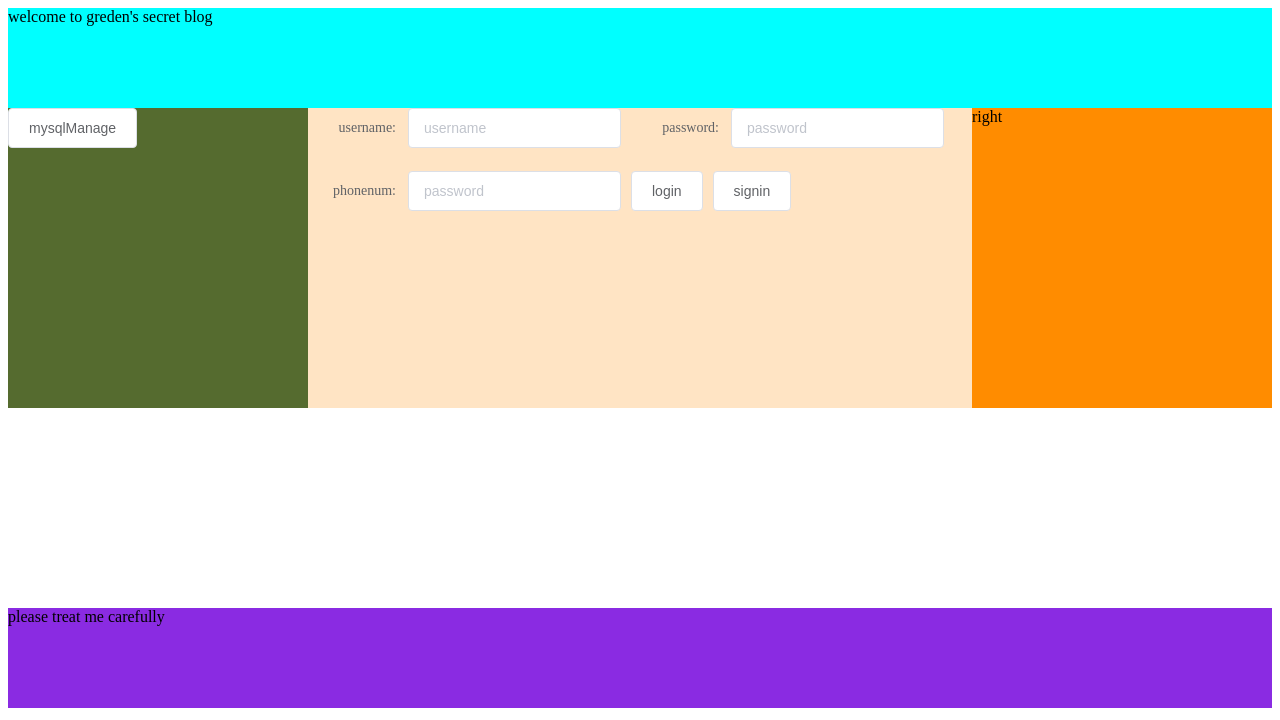
Repository: greden0814/myBlog
Page: /
The author's editor kept a copy of each file at every save. The page is drawn from the files as they stood at one save, then again after the next save.
The browser window is 1280 px wide. The pictures show the whole page.
The project was rebuilt for these pictures with package versions that can differ from the ones it lists, and the page was loaded fresh each time.

Above is the page before, as saved 2021-07-24 18:11:46.

After the next save:
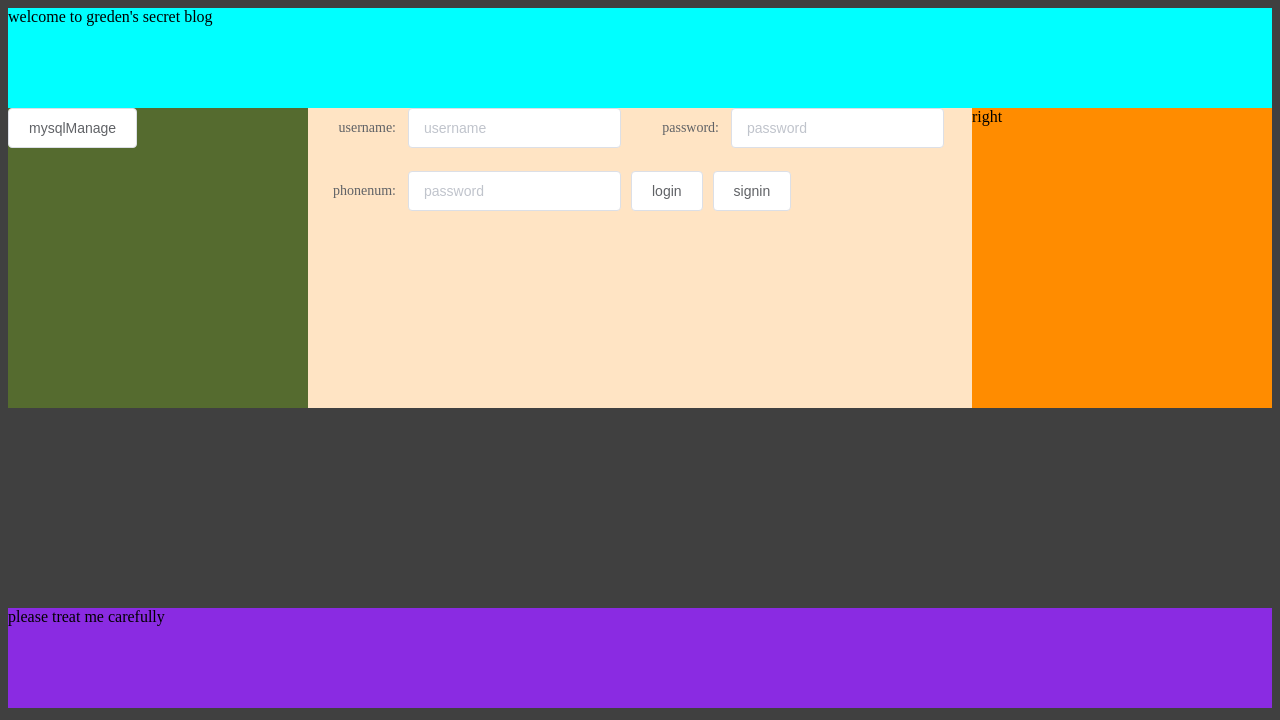
Saved 2 min 37 s later.
--- a/src/App.vue
+++ b/src/App.vue
@@ -11,4 +11,8 @@ export default {
 }
 </script>
 
-<style></style>
+<style>
+  body {
+    background-color: rgba(0, 0, 0, .75);
+  }
+</style>
